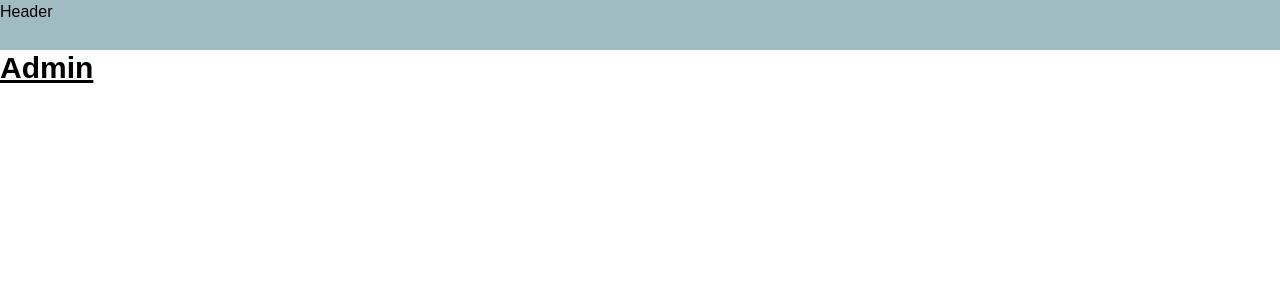
Repository: namphextra/portfolio
Page: /admin
An editor plug-in stored every save of this project. The page is shown before and after the next save, followed by the edit.
The browser window is 1280 px wide. The pictures show the whole page.
The project was rebuilt for these pictures with package versions that can differ from the ones it lists, and the page was loaded fresh each time. The framework's server and built-in components were replaced by stand-ins that run in the browser. Also part of the build but not shown: next.config.js.

Above is the page before, as saved 2023-02-15 15:19:43.

After the next save:
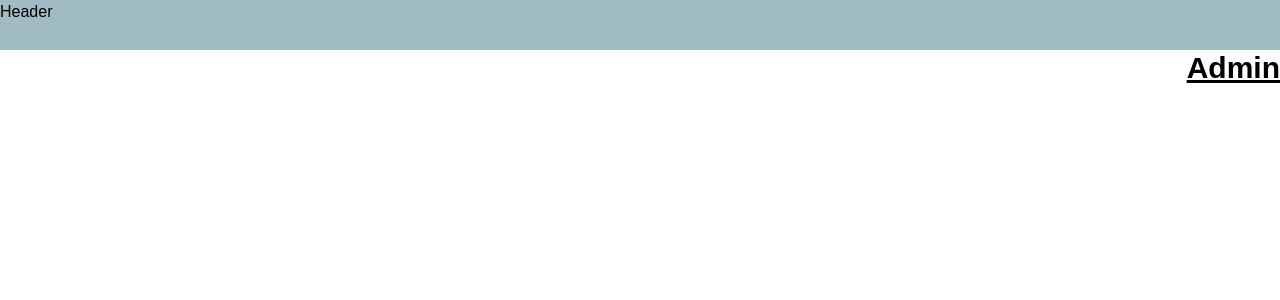
Saved 12 s later.
--- a/src/app/admin/page.tsx
+++ b/src/app/admin/page.tsx
@@ -2,7 +2,7 @@
 
 export default function Admin() {
   return (
-    <div className="admin text-3xl font-bold underline text-primary">
+    <div className="admin text-3xl font-bold underline text-primary text-right">
       <p>Admin</p>{" "}
     </div>
   );
